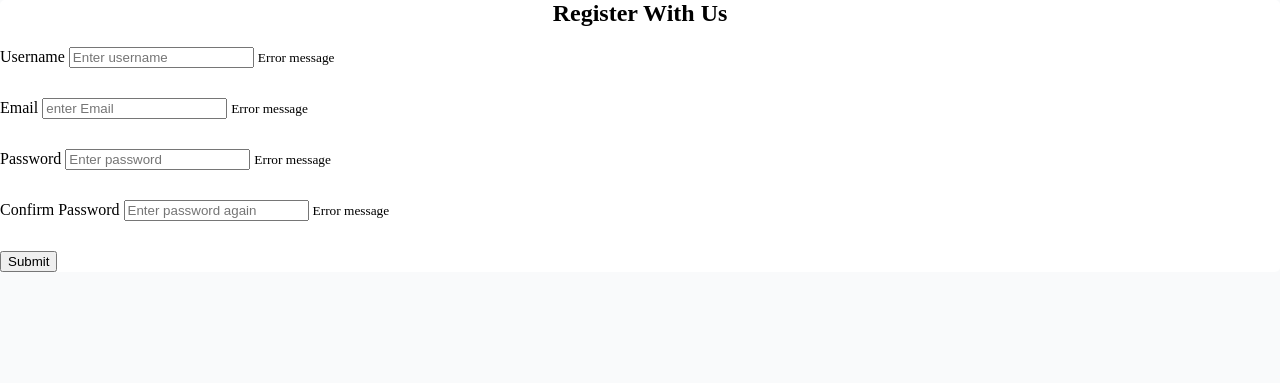
Repository: atko87/Form-Validator-Intro-
Page: index.html
The author's editor kept a copy of each file at every save. The page is drawn from the files as they stood at one save, then again after the next save.
The browser window is 1280 px wide. The pictures show the whole page.

Above is the page before, as saved 2020-03-07 23:00:00.

After the next save:
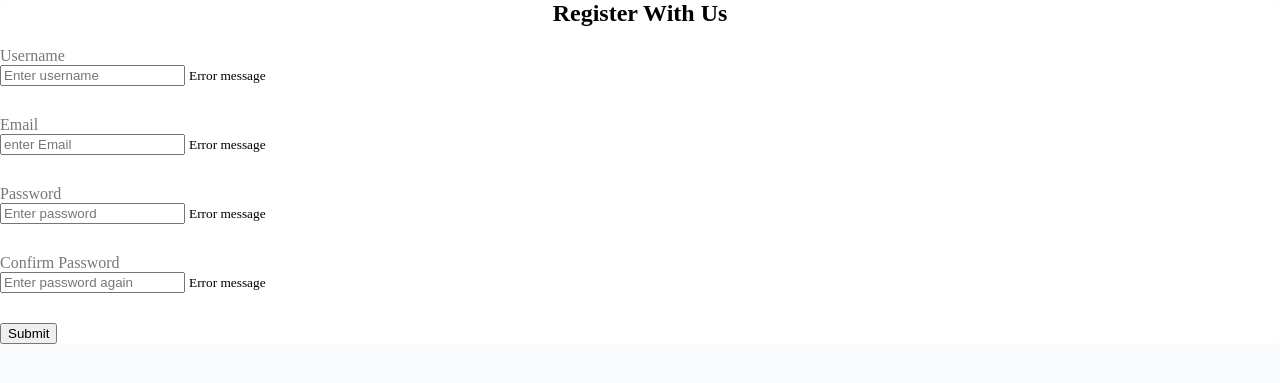
Saved 88 s later.
--- a/style.css
+++ b/style.css
@@ -32,3 +32,9 @@ h2 {
   padding-bottom: 20px;
   position: relative;
 }
+
+.form-control label {
+  color: #777;
+  display: block;
+  marigin-bottom: 5px;
+}
